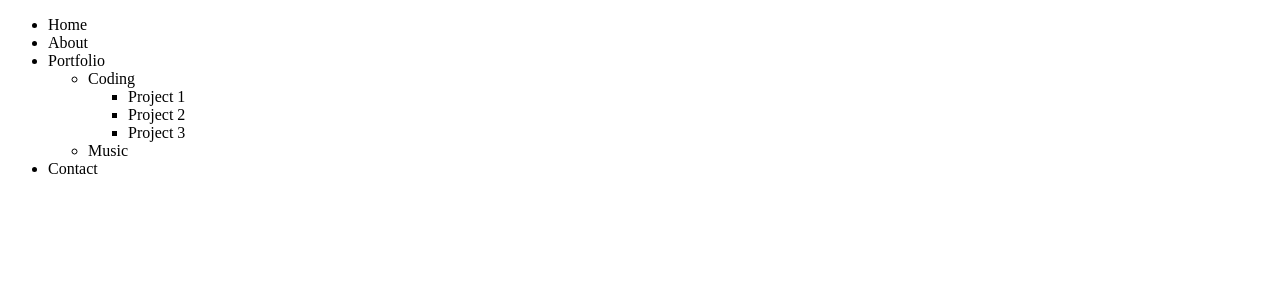
Repository: muesinga/aaronmuesing-dot-com
Page: index.html
An editor plug-in stored every save of this project. The page is shown before and after a run of saves, followed by the edit.
The browser window is 1280 px wide. The pictures show the whole page.

Above is the page before, as saved 2022-06-22 10:42:57.

### index.html
<!DOCTYPE html>
<html>
<head>
</head>
<body>
    <ul>
        <li><a>Home</a></li>
        <li><a>About</a></li>
        <li>
            <div>Portfolio</div>
                <ul>
                    <li>
                        <div>Coding</div>
                        <ul>
                            <li>Project 1</li>
                            <li>Project 2</li>
                            <li>Project 3</li>
                        </ul>
                    </li>
                    <li>
                        <div>Music</div>
                    </li>
                </ul>
        </li>
        <li><a>Contact</a></li>
    </ul>
</body>
</html>

After the next 2 saves:
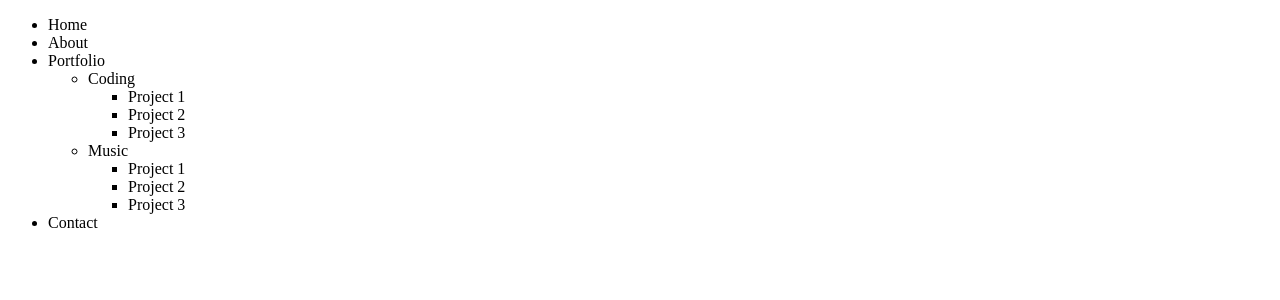
The 2 saves are shown as one change because they came seconds apart.
The last was saved 8 s later.
--- a/index.html
+++ b/index.html
@@ -19,6 +19,11 @@
                     </li>
                     <li>
                         <div>Music</div>
+                        <ul>
+                            <li>Project 1</li>
+                            <li>Project 2</li>
+                            <li>Project 3</li>
+                        </ul>
                     </li>
                 </ul>
         </li>
